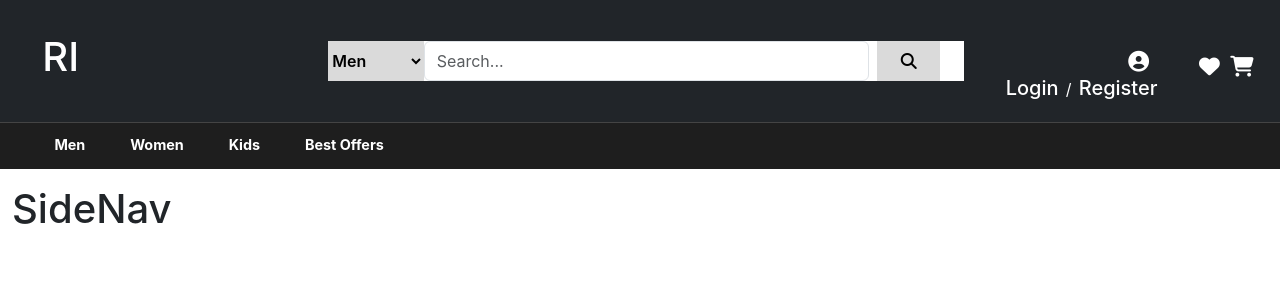
Repository: KodandaraoChellapilli/e-store
Page: /
These files come from the project's save history. The page is drawn as it stood at one moment and after the next save; the edit follows.
The browser window is 1280 px wide. The pictures show the whole page.
The project was rebuilt for these pictures with package versions that can differ from the ones it lists, and the page was loaded fresh each time. Also part of the build but not shown: src/App.css, src/Components/SideNav/_side-nav.scss.

Above is the page before, as saved 2025-06-09 12:58:49.

After the next save:
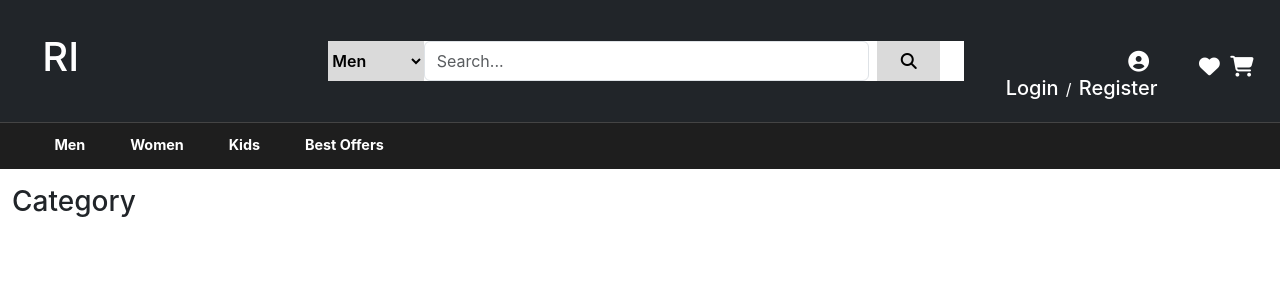
Saved 3 min 7 s later.
--- a/src/Components/SideNav/index.js
+++ b/src/Components/SideNav/index.js
@@ -5,7 +5,10 @@ const SideNav =()=>{
 
     return (
         <div>
-            <h1>SideNav</h1>
+            <div className='section-title'>
+                <h3>Category</h3>
+
+            </div>
         </div>
     )
 
